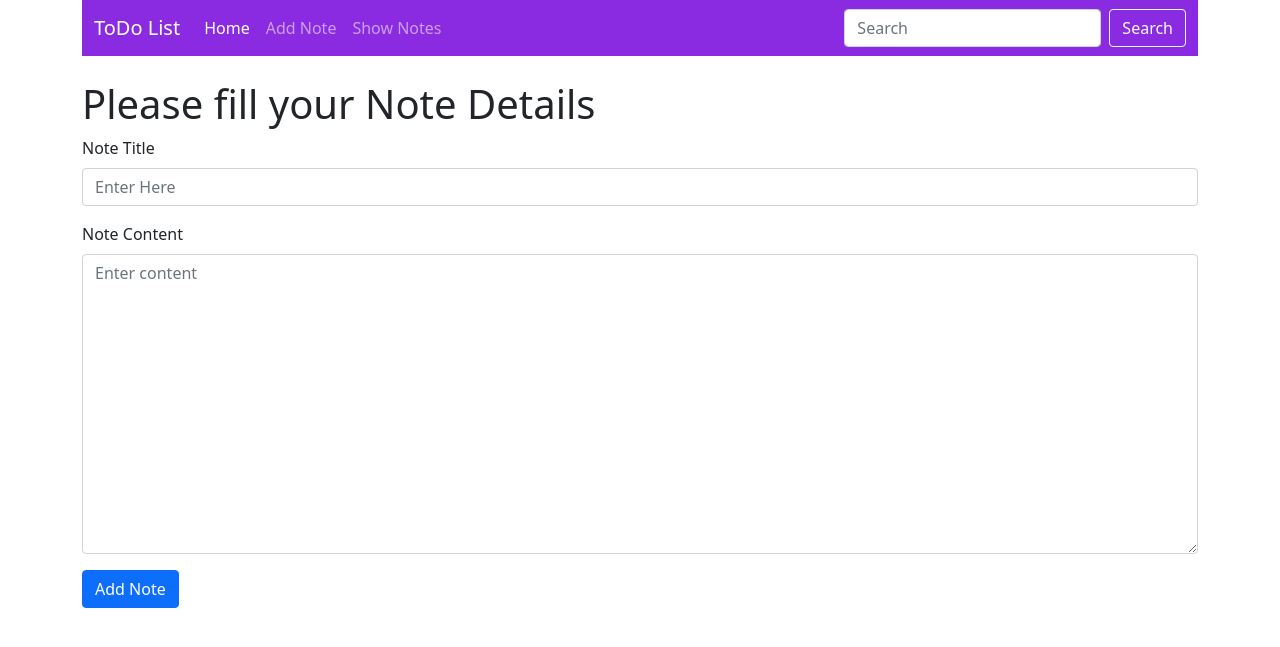
Repository: VishalSalvi17/Hibernate
Page: http://localhost/ToDoList/addnote.jsp
The author's editor kept a copy of each file at every save. The page is drawn from the files as they stood at one save, then again after the next save.
The browser window is 1280 px wide. The pictures show the whole page.
The page is served by Tomcat 9.

Above is the page before, as saved 2023-03-16 10:59:06.

After the next save:
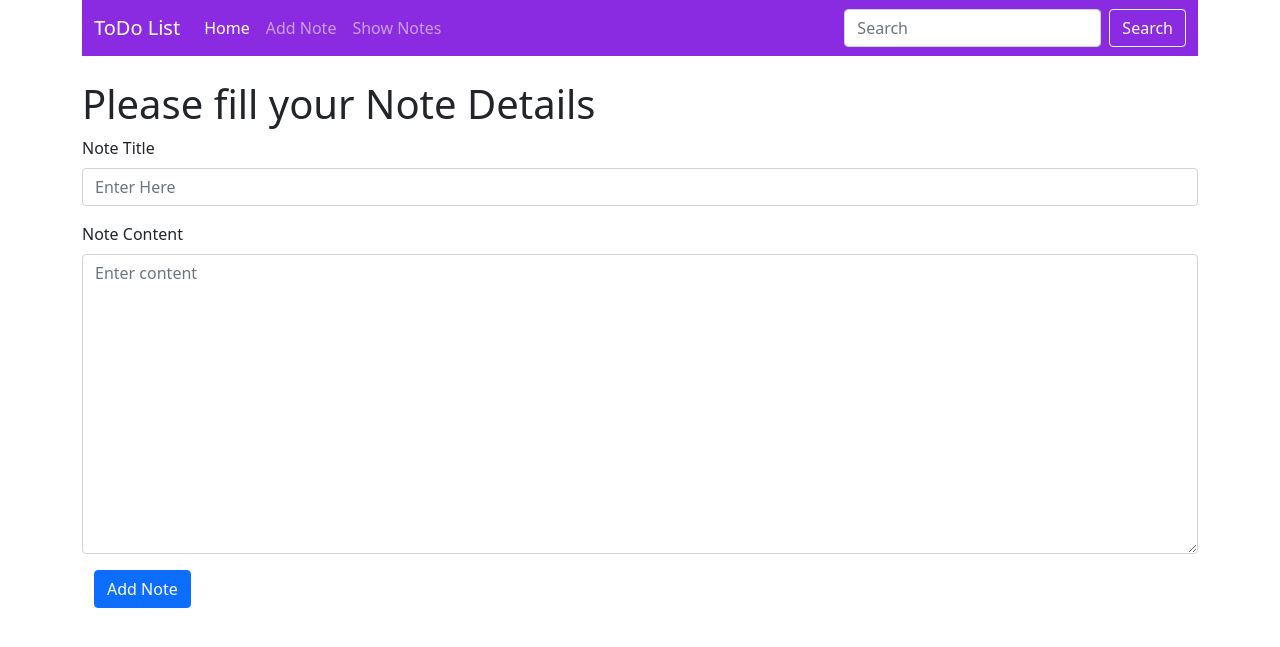
Saved 48 s later.
--- a/ToDoList/src/main/webapp/addnote.jsp
+++ b/ToDoList/src/main/webapp/addnote.jsp
@@ -28,8 +28,9 @@
 				<label for="exampleInputPassword1" class="form-label">Note Content</label>
 				<textarea id="content" placeholder ="Enter content" class="form-control" style="height:300px;"></textarea>
 			</div>
-
-			<button type="submit" class="btn btn-primary">Add Note</button>
+			<div class = "container">
+				<button type="submit" class="btn btn-primary">Add Note</button>
+			</div>
 		</form>
 	</div>
 </body>
